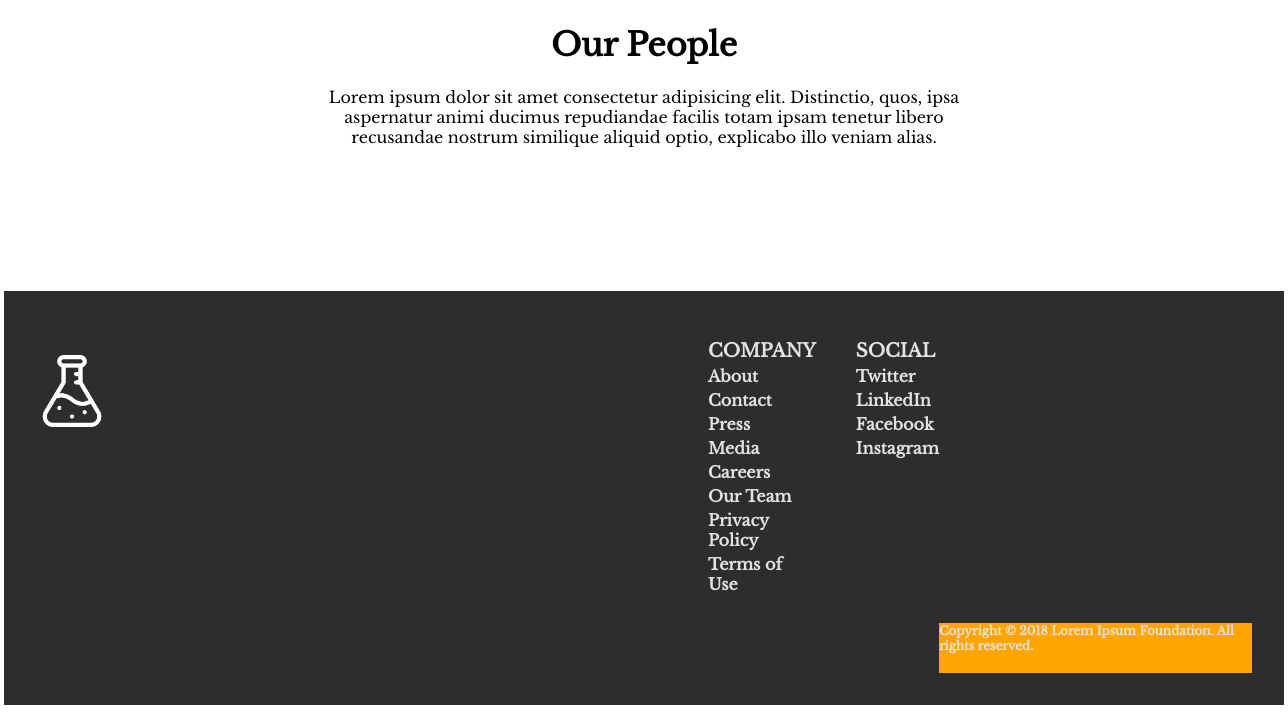
Repository: Tsardines/app
Page: / (app in my-app/)
An editor plug-in stored every save of this project. The page is shown before and after the next save, followed by the edit.
The browser window is 1280 px wide. The page is 1288 px wide, so the pictures cover 1288 px, including what lies to the right of the window. The pictures show the whole page.
The page's requests for data from a server got no answer. The project was rebuilt for these pictures with package versions that can differ from the ones it lists, and the page was loaded fresh each time. No one was signed in, and anything a server would have sent is missing.

Above is the page before, as saved 2018-11-14 20:23:20.

### my-app/public/index.html
<!DOCTYPE html>
<html lang="en">
  <head>
    <meta charset="utf-8">
    <meta name="viewport" content="width=device-width, initial-scale=1, shrink-to-fit=no">
    <meta name="theme-color" content="#000000">
    <!--
      manifest.json provides metadata used when your web app is added to the
      homescreen on Android. See https://developers.google.com/web/fundamentals/web-app-manifest/
    -->
    <link rel="manifest" href="%PUBLIC_URL%/manifest.json">
    <link href="https://fonts.googleapis.com/css?family=Libre+Baskerville" rel="stylesheet">
    <!--
      Notice the use of %PUBLIC_URL% in the tags above.
      It will be replaced with the URL of the `public` folder during the build.
      Only files inside the `public` folder can be referenced from the HTML.

      Unlike "/favicon.ico" or "favicon.ico", "%PUBLIC_URL%/favicon.ico" will
      work correctly both with client-side routing and a non-root public URL.
      Learn how to configure a non-root public URL by running `npm run build`.
    -->
    <title>React App</title>
  </head>
  <body>
    <noscript>
      You need to enable JavaScript to run this app.
    </noscript>
    <div id="root"></div>
    <!--
      This HTML file is a template.
      If you open it directly in the browser, you will see an empty page.

      You can add webfonts, meta tags, or analytics to this file.
      The build step will place the bundled scripts into the <body> tag.

      To begin the development, run `npm start` or `yarn start`.
      To create a production bundle, use `npm run build` or `yarn build`.
    -->
  </body>
</html>

### my-app/src/index.css
body {
  margin: 0;
  padding: 0;
  font-family: 'Libre Baskerville', serif;
  -webkit-font-smoothing: antialiased;
  -moz-osx-font-smoothing: grayscale;
}

code {
  font-family: source-code-pro, Menlo, Monaco, Consolas, "Courier New",
    monospace;
}

### my-app/src/App.js
import React, { Component } from 'react';

import Footer from './components/Footer.js';
import './App.css';

class App extends Component {
  constructor(props) {
    super(props);

    this.state = {
      items: []
    };
    this.componentWillMount = this.componentWillMount.bind(this);
  }

  componentWillMount() {
    fetch('https://api.myjson.com/bins/vz2rm')
    .then(res => res.json())
    .then(data => {
      this.setState({ items: data });
    });
  }


  render() {

    const { items } = this.state;

    return (
      <div className="App">

      <span className="our-people"><h1>Our People</h1></span>
      <span className="intro"><p>Lorem ipsum dolor sit amet consectetur adipisicing elit. Distinctio, quos, ipsa aspernatur animi ducimus repudiandae facilis totam ipsam tenetur libero recusandae nostrum similique aliquid optio, explicabo illo veniam alias.</p></span>

          { items.map((item, num) => {
              return (

                <div className="people">

                  <div className="elem">
                    <p key={num}>{item.elems}</p>
                  </div>

                    <p key={num}><strong>{item.name}</strong></p>
                    <p key={num}><small>{item.title}</small></p>

                  <div className="hidden">
                    <p key={num}>{item.email}</p>
                    <p key={num}><strong>Office: </strong>{item.office}</p>
                  </div>

                </div>

              );

            })}

            <Footer />

      </div>
    );
  }
}


export default App;

### my-app/src/components/Footer.js
import React from 'react';
import './Footer.css';
import beaker from './beaker.png';

const Footer = () => {
  return (

    <div className="footer">

    <img src={beaker} alt="beaker" className="beaker"></img>

        <div className="left">
            <ul>
                <span className="footer-title"><li><strong>Company</strong></li></span>
                <a href="#"><li>About</li></a>
                <a href="#"><li>Contact</li></a>
                <a href="#"><li>Press</li></a>
                <a href="#"><li>Media</li></a>
                <a href="#"><li>Careers</li></a>
                <a href="#"><li>Our Team</li></a>
                <a href="#"><li>Privacy Policy</li></a>
                <a href="#"><li>Terms of Use</li></a>
            </ul>
        </div>

        <div className="right">
            <ul>
                <span className="footer-title"><li><strong>Social</strong></li></span>
                <a href="#"><li>Twitter</li></a>
                <a href="#"><li>LinkedIn</li></a>
                <a href="#"><li>Facebook</li></a>
                <a href="#"><li>Instagram</li></a>
            </ul>
        </div>

        <span className="copy">Copyright &copy; 2018 Lorem Ipsum Foundation. All rights reserved.</span>

    </div>
  );
}

export default Footer;

### my-app/src/App.css
.App {
  display: flex;
  flex-direction: column;
  flex-flow: row nowrap;
  flex-wrap: wrap;
  max-width: 100%;
  overflow-x: hidden;
  padding: 0.25em;
  text-align: center;
  width: 100%;
}

.our-people {
  text-align: center;
  width: 100%;
}

.intro p {
  margin: auto;
  padding-bottom: 5em;
  width: 50%;
}

.people {
  background-color: #f8f8f8;
  border: 1px solid rgb(252, 244, 234);
  height: 22.5vh;
  margin: 0.5em;
  /* max-height: 22vh;
  max-width: 13vw; */
  /* min-height: 22vh;
  min-width: 13vw; */
  padding: 1.5em;
  text-align: left;
  width: 12vw;
}

.elem {
  font-size: 3.45em;
  margin-bottom: -1em;
  margin-top: -1em;
}

.elem:hover {
  color: #87f0f9;
  transition: 0.2s;
}

.hidden {
  font-size: 0.75em;
  opacity: 0.15;
}

.hidden:hover {
  opacity: 1;
  transition: 0.4s;
}

### my-app/src/components/Footer.css
.footer {
    background-color: #2d2d2e;
    color: rgb(226, 226, 226);
    display: flex;
    font-weight: bold;
    justify-content: flex-end;
    margin-top: 4em;
    overflow-x: hidden;
    padding: 2em;
    text-align: left;
    width: 100%;
}

.footer a {
    color: rgb(226, 226, 226);
    text-decoration: none;
}

.footer a:hover {
    color: turquoise;
}

.left ul li, .right ul li {
    font-size: 1em;
    list-style-type: none;
    padding-bottom: 0.25em;
}

.left {
    float: left;
    width: 20%;
}

.right {
    float: right;
    width: 15%;
}

.footer-title {
    font-size: 1.15em;
    text-transform: uppercase;
}

.beaker {
    height: 10vh;
    margin: 2em 35em 0 0;
    width: 7vw;
}

.copy {
    background-color: orange;
    font-size: 0.75em;
    height: 7vh;
    margin-top: 25em;
    width: 100%;
}

Loaded but not shown: my-app/src/index.js (common file); my-app/src/serviceWorker.js (common file)

After the next save:
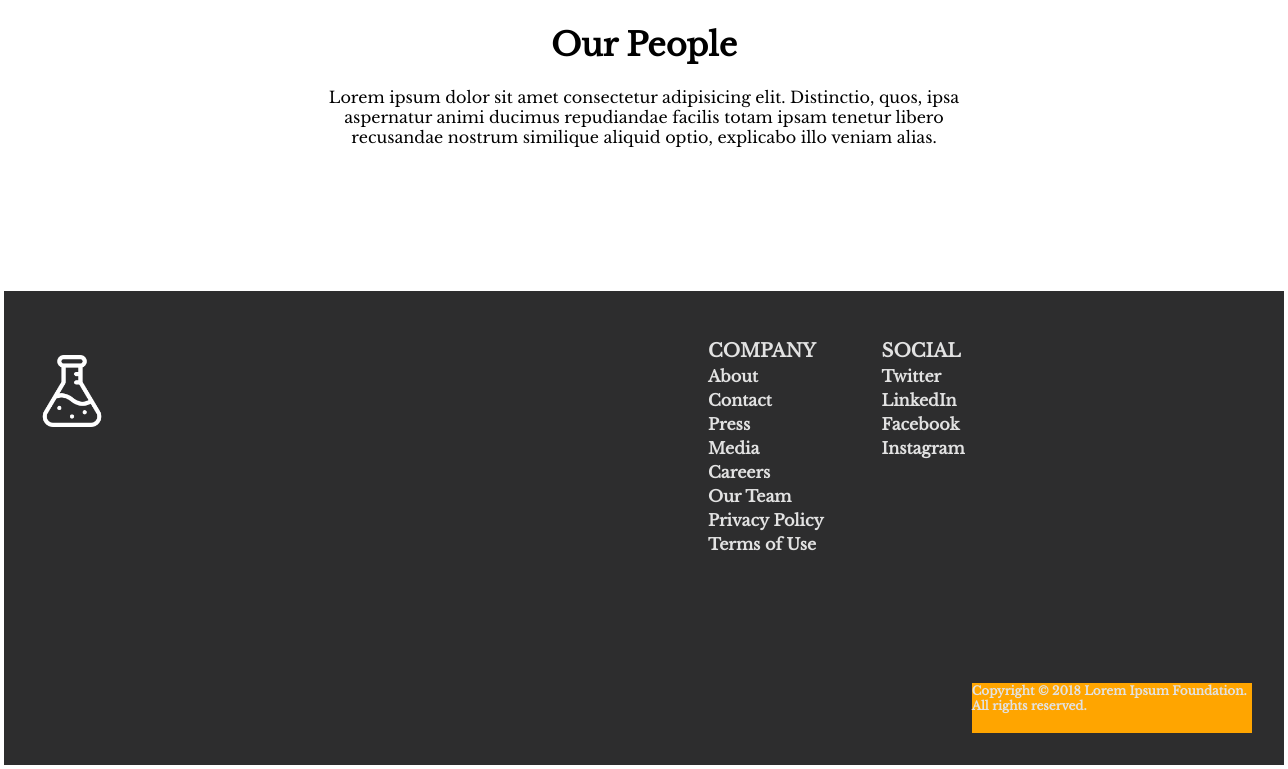
Saved 8 s later.
--- a/my-app/src/components/Footer.css
+++ b/my-app/src/components/Footer.css
@@ -51,6 +51,6 @@
     background-color: orange;
     font-size: 0.75em;
     height: 7vh;
-    margin-top: 25em;
-    width: 100%;
+    margin-top: 30em;
+    width:
 }
